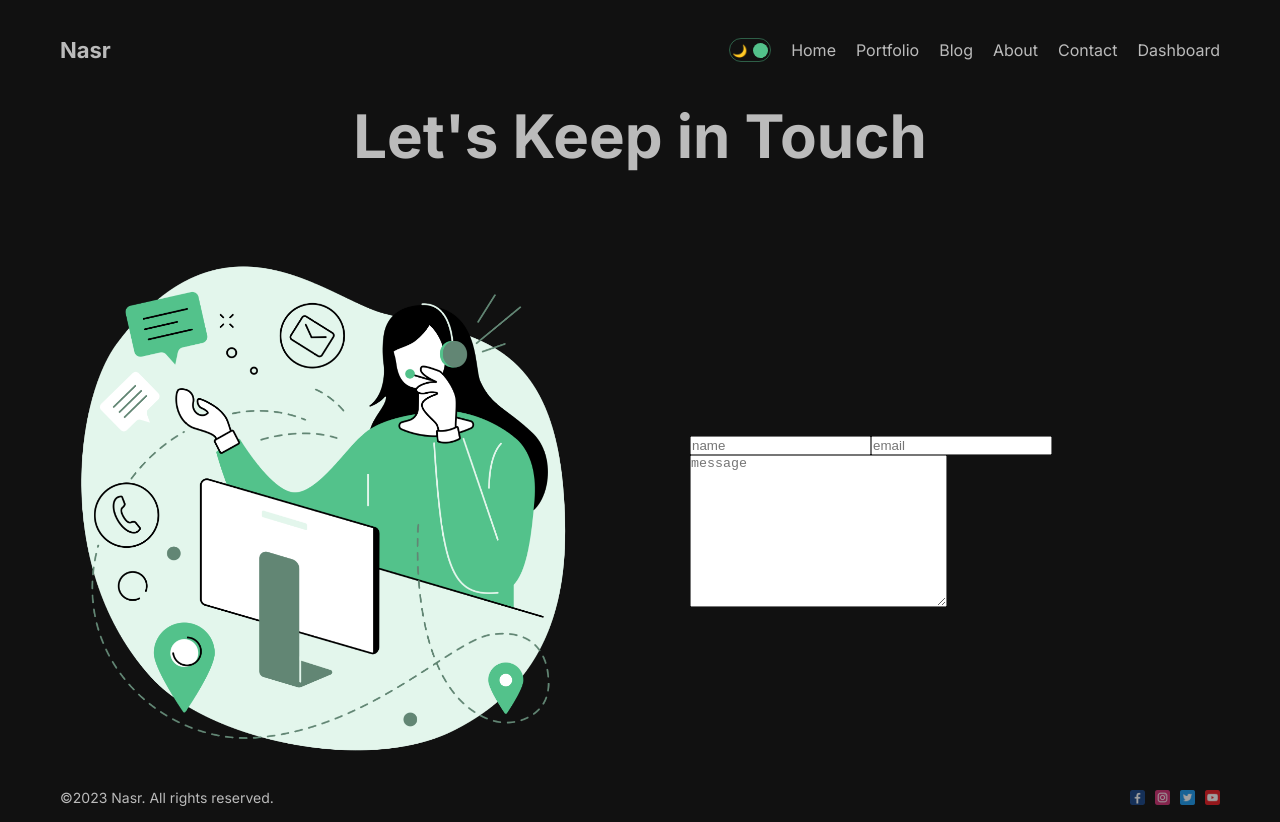
Repository: MoNasr2022/Nast-Blog
Page: /contact
An editor plug-in stored every save of this project. The page is shown before and after a run of saves, followed by the edit.
The browser window is 1280 px wide. The pictures show the whole page.
The page's requests for data from a server got no answer. The project was rebuilt for these pictures with package versions that can differ from the ones it lists, and the page was loaded fresh each time. The framework's server and built-in components were replaced by stand-ins that run in the browser. No one was signed in, and anything a server would have sent is missing. Also part of the build but not shown: next.config.js, src/components/Button/button.module.css, src/components/Button/Button.jsx.

Above is the page before, as saved 2023-06-15 14:00:36.

After the next 8 saves:
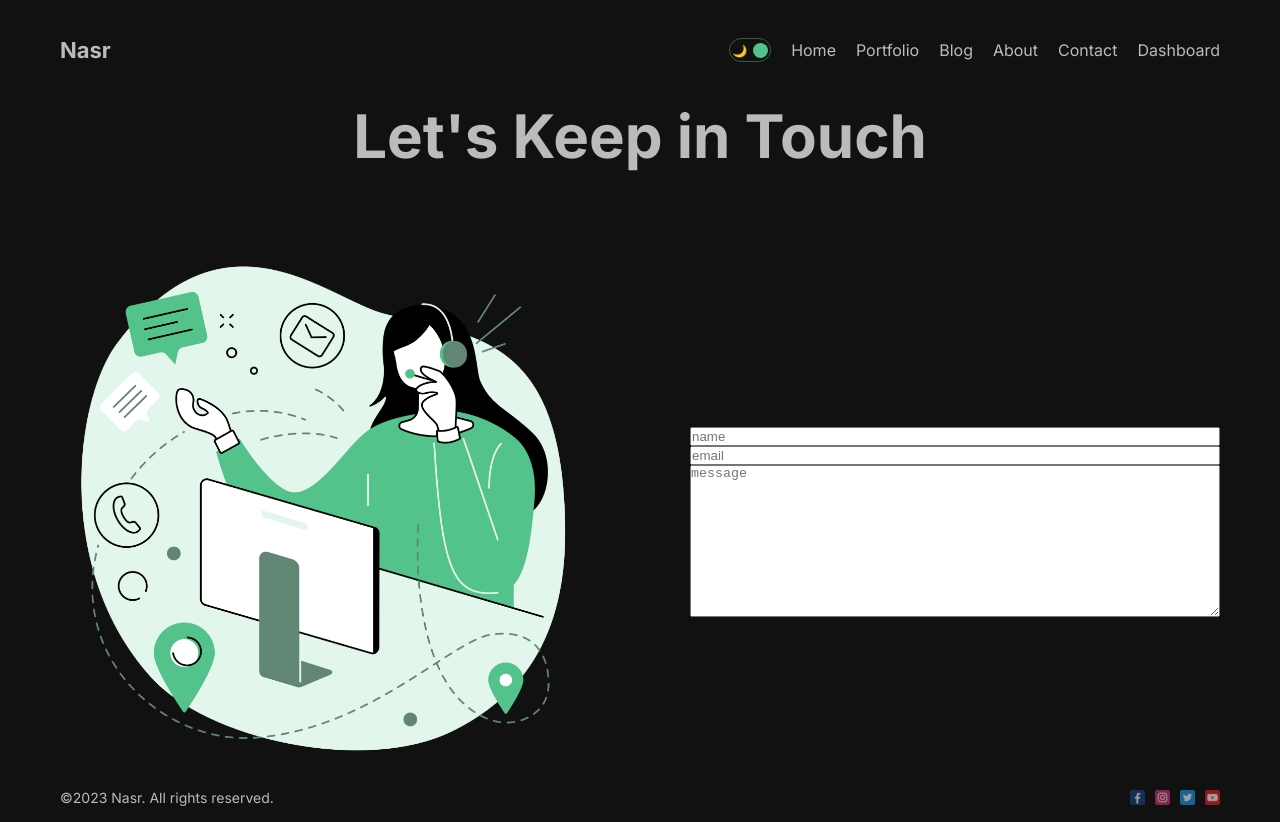
The 8 saves are shown as one change because they came seconds apart.
The last was saved 20 s later.
--- a/src/app/contact/page.module.css
+++ b/src/app/contact/page.module.css
@@ -85,4 +85,7 @@
 }
 .form{
   flex: 1;
+  display: flex;
+  flex-direction: column;
+  g
 }
